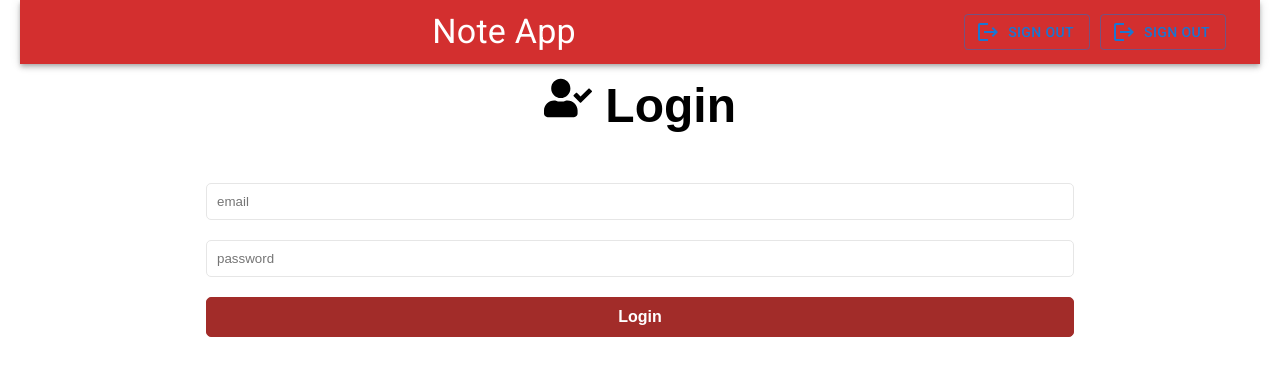
Repository: halilhaninan/MERNSTACK-Note-App
Page: / (app in frontend/)
An editor plug-in stored every save of this project. The page is shown before and after a run of saves, followed by the edit.
The browser window is 1280 px wide. The pictures show the whole page.
The project was rebuilt for these pictures with package versions that can differ from the ones it lists, and the page was loaded fresh each time. Also part of the build but not shown: frontend/src/Components/Spinner.jsx, frontend/src/Components/Not.jsx, frontend/src/pages/Register.jsx, frontend/src/features/counter/counterSlice.js, frontend/src/features/counter/counter.js, frontend/src/App.css.

Above is the page before, as saved 2022-09-03 11:06:49.

### frontend/src/index.js
import React from "react";
import ReactDOM from "react-dom";
import "./index.css";
import App from "./App";

import { store } from "./app/store";
import { Provider } from "react-redux";

// import { createStore } from "redux";
// import { Provider } from "react-redux";
// import butunRreducerler from "./reducers";

// const hesapla = (state = 0, action) => {
//   switch (action.type) {
//     case "topla":
//       return state + 1;
//     case "cikar":
//       return state - 1;
//     default:
//       return state;
//   }
// };

// let store = createStore(
//   butunRreducerler,
//   window.__REDUX_DEVTOOLS_EXTENSION__ && window.__REDUX_DEVTOOLS_EXTENSION__()
// );

// store.subscribe(() => console.log(store.getState()));
//const root = ReactDOM.createRoot(document.getElementById("root"));
ReactDOM.render(
  <Provider store={store}>
    <App />
  </Provider>,
  document.getElementById("root")
);

// If you want to start measuring performance in your app, pass a function
// to log results (for example: reportWebVitals(console.log))
// or send to an analytics endpoint. Learn more: https://bit.ly/CRA-vitals

### frontend/src/index.css
@import url("https://fonts.googleapis.com/css2?family=Lobster&display=swap");

* {
  margin: 0;
  padding: 0;
  box-sizing: border-box;
}

body {
  font-family: Arial, Helvetica, sans-serif;
  height: 100vh;
  font-size: larger;
}

a {
  text-decoration: none;
  color: #000;
}

p {
  line-height: 1.7;
}

ul {
  list-style: none;
}

li {
  line-height: 2.2;
}

h1,
h2,
h3 {
  font-weight: 600;
  margin-bottom: 10px;
}

.container {
  width: 100%;
  max-width: 1500px;
  margin: 0 auto;
  padding: 0 20px;
  text-align: center;
}

.header {
  display: flex;
  justify-content: space-between;
  align-items: center;
  padding: 20px 0;
  border-bottom: 1px solid #e6e6e6;
  margin-bottom: 60px;
}

.header ul {
  display: flex;
  align-items: center;
  justify-content: space-between;
}

.header ul li {
  margin-left: 20px;
}

.header ul li a {
  display: flex;
  align-items: center;
  color: #a22c29;
}

.header ul li a:hover {
  color: #f27059;
}

.header ul li a svg {
  margin-right: 5px;
}

.heading {
  font-size: 2rem;
  font-weight: 700;
  margin-bottom: 50px;
  padding: 0 20px;
}

.heading p {
  color: #828282;
}

.notlar {
  display: grid;
  grid-template-columns: repeat(3, 1fr);
  gap: 10px;
}

.not {
  background-color: #f4f4f4;
  margin: 10px 0;
  padding: 20px 0 10px;
  position: relative;
}

.not .close {
  position: absolute;
  top: 10px;
  right: 15px;
  cursor: pointer;
  border: none;
  background: none;
}

.form,
.content {
  width: 70%;
  margin: 0 auto;
}

.form-group {
  margin-bottom: 10px;
}

.form-group input,
.form-group textarea,
.form-group select {
  width: 100%;
  padding: 10px;
  border: 1px solid #e6e6e6;
  border-radius: 5px;
  margin-bottom: 10px;
  font-family: inherit;
}

.form-group label {
  text-align: left;
  display: block;
  margin: 0 0 5px 3px;
}

.btn {
  padding: 10px 20px;
  border: 1px solid #a22c29;
  border-radius: 5px;
  background: #a22c29;
  color: #fff;
  font-size: 16px;
  font-weight: 700;
  cursor: pointer;
  text-align: center;
  appearance: button;
  display: flex;
  align-items: center;
  justify-content: center;
}

.btn svg {
  margin-right: 8px;
}

.btn-reverse {
  background: #fff;
  color: #000;
}

.btn-block {
  width: 100%;
  margin-bottom: 20px;
}

.btn-add {
  background: #34a0a4 !important;
  border: 1px solid #34a0a4;
}

.btn:hover {
  transform: scale(0.98);
}

.loadingSpinnerContainer {
  position: fixed;
  top: 0;
  right: 0;
  bottom: 0;
  left: 0;
  background-color: rgba(0, 0, 0, 0.5);
  z-index: 5000;
  display: flex;
  justify-content: center;
  align-items: center;
}

.loadingSpinner {
  width: 64px;
  height: 64px;
  border: 8px solid;
  border-color: #000 transparent #555 transparent;
  border-radius: 50%;
  animation: spin 1.2s linear infinite;
}

@keyframes spin {
  0% {
    transform: rotate(0deg);
  }
  100% {
    transform: rotate(360deg);
  }
}

@media (max-width: 960px) {
  .notlar {
    grid-template-columns: repeat(2, 1fr);
  }
}

@media (max-width: 600px) {
  .form {
    width: 90%;
  }

  .heading h1 {
    font-size: 2rem;
  }

  .heading p {
    font-size: 1.5rem;
  }

  .notlar {
    grid-template-columns: repeat(1, 1fr);
  }
}

### frontend/src/App.js
import { BrowserRouter as Router, Routes, Route } from "react-router-dom";
import Header from "./Components/Header";
import Dashboard from "./pages/Dashboard";
import Login from "./pages/Login";
import Register from "./pages/Register";

// import { useSelector, useDispatch } from "react-redux";
// import { girisYap, topla, cikar } from "./actions";

import { ToastContainer } from "react-toastify";
import "react-toastify/dist/ReactToastify.css";
import Counter from "./features/counter/counter";
import "./App.css";

function App() {
  // return (
  //   <div>
  //     <Counter />
  //   </div>
  // );
  return (
    <>
      <Router>
        <div className="container">
          <Header></Header>
          <Routes>
            <Route path="/" element={<Dashboard />} />
            <Route path="/register" element={<Register />} />
            <Route path="/login" element={<Login />} />
          </Routes>
        </div>
      </Router>
      <ToastContainer />
    </>
  );
  //
  //
  //
  // const giris = useSelector((state) => state.giris);
  // const hesapla = useSelector((state) => state.hesapla);
  // const dispatch = useDispatch();
  // return (
  //   <div className="app">
  //     {giris ? (
  //       <>
  //         {hesapla}
  //         <button onClick={() => dispatch(topla())}>+</button>
  //         <button onClick={() => dispatch(cikar())}>-</button>
  //       </>
  //     ) : (
  //       <>
  //         <h3>please sign in</h3>
  //         <button onClick={() => dispatch(girisYap())}>sign in</button>
  //       </>
  //     )}
  //   </div>
  // );
}

export default App;

### frontend/src/app/store.js
import { configureStore } from "@reduxjs/toolkit";

import authReducer from "../features/auth/authSlice";
import notReducer from "../features/data/dataSlice";

export const store = configureStore({
  reducer: {
    auth: authReducer,
    notlar: notReducer,
  },
});

// yeni not olustururken altta olan kod gibi dataslice olustur sonra store.js den import et reducer ile tanimla ++ data service olusturuluyor

// import { createSlice, createAsyncThunk } from "@reduxjs/toolkit";

// const initialState = {
//   notlar: [],
//   isHata: false,
//   isBasari: false,
//   isYkleniyor: false,
//   mesaj: "",
// };

// export const notSlice = createSlice({
//   name: "notlar",
//   initialState,
//   reducers: {
//     reset: (state) => initialState,
//   },
// });

// export const { reset }  = notSlice.actions;
// export default notSlice.reducer;

### frontend/src/Components/Header.jsx
import React from "react";
import { FaSignInAlt, FaSignOutAlt, FaUser, FaPen } from "react-icons/fa";
import { Link, useNavigate } from "react-router-dom";
import { useSelector, useDispatch } from "react-redux";
import { logout, reset } from "../features/auth/authSlice";
import AppBar from "@mui/material/AppBar";
import { Toolbar, Typography, Button } from "@mui/material";
import { Login, Face, Home, Logout } from "@mui/icons-material";

function Header() {
  const navigate = useNavigate();
  const dispatch = useDispatch();

  const { kullanici } = useSelector((state) => state.auth);

  const onLogout = () => {
    dispatch(logout());
    dispatch(reset());
    navigate("/login");
  };

  return (
    <AppBar position="static" color="error" sx={{ marginBottom: "10px" }}>
      <Toolbar>
        <Typography variant="h4" component="div" sx={{ flexGrow: 1 }}>
          Note App
        </Typography>
        {kullanici ? (
          <>
            <Button
              sx={{ marginRight: "10px" }}
              colors="inherit"
              size="large"
              startIcon={<Home />}
              onClick={anasayfayaGit}>
              Home Page
            </Button>
            <Button
              variant="outlined"
              sx={{ marginRight: "10px" }}
              colors="inherit"
              size="size"
              startIcon={<Logout />}
              onClick={onLogout}>
              Sign out
            </Button>
          </>
        ) : (
          <>
            <Button
              variant="outlined"
              sx={{ marginRight: "10px" }}
              colors="inherit"
              size="size"
              startIcon={<Logout />}
              onClick={onLogout}>
              Sign out
            </Button>
            <Button
              variant="outlined"
              sx={{ marginRight: "10px" }}
              colors="inherit"
              size="size"
              startIcon={<Logout />}
              onClick={onLogout}>
              Sign out
            </Button>
          </>
        )}
      </Toolbar>
    </AppBar>
  );

  // return (
  //   <header className="header">
  //     <h2>mongo db test app </h2>
  //     <div className="logo"></div>
  //     <ul>
  //       {kullanici ? (
  //         <>
  //           <li>
  //             <Link to="/">
  //               <FaPen /> Create Note
  //             </Link>
  //           </li>
  //           <li>
  //             <button className="btn" onClick={onLogout}>
  //               Logout{" "}
  //             </button>
  //           </li>
  //         </>
  //       ) : (
  //         <>
  //           <li>
  //             <Link to="/login">
  //               <FaSignInAlt /> Login
  //             </Link>
  //           </li>
  //           <li>
  //             <Link to="/register">
  //               <FaUser /> Register
  //             </Link>
  //           </li>
  //         </>
  //       )}
  //     </ul>
  //   </header>
  // );
}

export default Header;

### frontend/src/pages/Dashboard.jsx
import React, { useEffect } from "react";

import { useNavigate } from "react-router-dom";
import { useSelector, useDispatch } from "react-redux";
import NotForm from "../Components/NotForm";
import { notlarGetir, reset } from "../features/data/dataSlice";
import Spinner from "../Components/Spinner";
import Not from "../Components/Not";

function Dashboard() {
  const navigate = useNavigate();
  const dispatch = useDispatch();
  const { kullanici } = useSelector((state) => state.auth);
  const { notlar, isYukleniyor, isHata, isBasari, mesaj } = useSelector(
    (state) => state.notlar
  );

  useEffect(() => {
    if (isHata) {
      console.log(mesaj);
    }

    if (!kullanici) {
      navigate("/login");
      console.log("halilhan");
    }
    dispatch(notlarGetir());
    return () => {
      dispatch(reset());
    };
  }, [kullanici, navigate, isHata, mesaj, dispatch]);

  if (isYukleniyor) {
    <Spinner />;
  }

  return (
    <>
      <section className="heading">
        <h1>Merhaba {kullanici && kullanici.kullaniciAd}</h1>
        <p>add note</p>
      </section>
      <NotForm />
      <section className="content">
        {notlar.length > 0 ? (
          <div className="notlar">
            {notlar.map((not) => (
              <Not key={not._id} not={not} />
            ))}
          </div>
        ) : (
          <h3>henuz not yerletisrmediniz</h3>
        )}
      </section>
    </>
  );
}

export default Dashboard;

### frontend/src/pages/Login.jsx
import React, { useState, useEffect } from "react";

import { FaUserCheck } from "react-icons/fa";
import { useSelector, useDispatch } from "react-redux";
import { useNavigate } from "react-router-dom";
import { toast } from "react-toastify";
import { login, reset } from "../features/auth/authSlice";
import Spinner from "../Components/Spinner";

function Login() {
  const navigate = useNavigate();
  const dispatch = useDispatch();

  const { kullanici, isHata, isBasari, isYukleniyor, mesaj } = useSelector(
    (state) => state.auth
  );

  const [formData, setFormData] = useState({
    email: "",
    parola: "",
  });

  const { email, parola } = formData;

  const onChange = (e) => {
    setFormData((prev) => ({
      ...prev,
      [e.target.name]: e.target.value,
    }));
  };

  const onSubmit = (e) => {
    e.preventDefault();
    // console.log(formData);

    const userData = { email, parola };
    dispatch(login(userData));
  };

  useEffect(() => {
    if (isHata) {
      toast.error(mesaj);
    }
    if (isBasari || kullanici) {
      navigate("/");
    }
  }, [kullanici, isHata, isBasari, mesaj, navigate, dispatch, isYukleniyor]);

  if (isYukleniyor) {
    <Spinner />;
  }

  return (
    <>
      <section className="heading">
        <h1>
          <FaUserCheck /> Login
        </h1>
      </section>
      <section className="form">
        <form onSubmit={onSubmit}>
          <div className="form-group">
            <input
              type="email"
              classname="form-control"
              id="email"
              name="email"
              value={email}
              placeholder="email"
              onChange={onChange}></input>
          </div>
          <div className="form-group">
            <input
              type="password"
              classname="form-control"
              id="parola"
              name="parola"
              value={parola}
              placeholder="password"
              onChange={onChange}></input>
          </div>

          <div className="form-group">
            <button type="submit" className="btn btn-block">
              Login
            </button>
          </div>
        </form>
      </section>
    </>
  );
}

export default Login;

### frontend/src/features/auth/authSlice.js
import { createAsyncThunk, createSlice } from "@reduxjs/toolkit";
import authService from "./authService";

const kullanici = JSON.parse(localStorage.getItem("kullanici"));

const initialState = {
  kullanici: kullanici ? kullanici : null,
  isHata: false,
  isBasari: false,
  isYukleniyor: false,
  mesaj: "",
};

export const register = createAsyncThunk(
  "auth/register",
  async (user, thunkAPI) => {
    try {
      return await authService.register(user);
    } catch (error) {
      const mesaj =
        (error.response &&
          error.response.data &&
          error.response.data.message) ||
        error.message ||
        error.toString();

      return thunkAPI.rejectWithValue(mesaj);
    }
  }
);

export const authSlice = createSlice({
  name: "auth",
  initialState,
  reducers: {
    reset: (state) => {
      state.isHata = false;
      state.isBasari = false;
      state.isYukleniyor = false;
      state.mesaj = "";
    },
  },
  extraReducers: (builder) => {
    builder
      .addCase(register.pending, (state) => {
        state.isYukleniyor = true;
      })
      .addCase(register.fulfilled, (state, action) => {
        state.isYukleniyor = false;
        state.isBasari = true;
        state.kullanici = action.payload;
      })
      .addCase(register.rejected, (state, action) => {
        state.isYukleniyor = false;
        state.isHata = true;
        state.mesaj = action.payload;
        state.kullanici = null;
      }) //
      .addCase(login.pending, (state) => {
        state.isYukleniyor = true;
      })
      .addCase(login.fulfilled, (state, action) => {
        state.isYukleniyor = false;
        state.isBasari = true;
        state.kullanici = action.payload;
      })
      .addCase(login.rejected, (state, action) => {
        state.isYukleniyor = false;
        state.isHata = true;
        state.mesaj = action.payload;
        state.kullanici = null;
      })
      .addCase(logout.fulfilled, (state) => {
        state.kullanici = null;
      });
  },
});

export const logout = createAsyncThunk("auth/logout", async () => {
  await authService.logout();
});

export const login = createAsyncThunk("auth/login", async (user, thunkAPI) => {
  try {
    return await authService.login(user);
  } catch (error) {
    const mesaj =
      (error.response && error.response.data && error.response.data.message) ||
      error.message ||
      error.toString();

    return thunkAPI.rejectWithValue(mesaj);
  }
});

export const { reset } = authSlice.actions;
export default authSlice.reducer;

### frontend/src/features/data/dataSlice.js
import { createSlice, createAsyncThunk } from "@reduxjs/toolkit";
import thunk from "redux-thunk";
import dataService from "./dataService";

const initialState = {
  notlar: [],
  isHata: false,
  isBasari: false,
  isYukleniyor: false,
  mesaj: "",
};

export const notSlice = createSlice({
  name: "notlar",
  initialState,
  reducers: {
    reset: (state) => initialState,
  },
  extraReducers: (builder) => {
    builder
      .addCase(notOlustur.pending, (state) => {
        state.isYukleniyor = true;
      })
      .addCase(notOlustur.fulfilled, (state, action) => {
        state.isYukleniyor = false;
        state.isBasari = true;
        state.notlar.unshift(action.payload);
      })
      .addCase(notOlustur.rejected, (state, action) => {
        state.isYukleniyor = false;
        state.isHata = true;
        state.isBasari = false;
        state.mesaj = action.payload;
      })
      .addCase(notlarGetir.pending, (state) => {
        state.isYukleniyor = true;
      })
      .addCase(notlarGetir.fulfilled, (state, action) => {
        state.isYukleniyor = false;
        state.isBasari = true;
        state.notlar = action.payload;
      })
      .addCase(notlarGetir.rejected, (state, action) => {
        state.isYukleniyor = false;
        state.isBasari = false;
        state.isHata = true;
        state.mesaj = action.payload;
      })
      .addCase(notSil.pending, (state) => {
        state.isYukleniyor = true;
      })
      .addCase(notSil.fulfilled, (state, action) => {
        state.isYukleniyor = false;
        state.isBasari = true;
        state.notlar = state.notlar.filter(
          (not) => not._id !== action.payload.id
        );
      })
      .addCase(notSil.rejected, (state, action) => {
        state.isYukleniyor = false;
        state.isBasari = false;
        state.isHata = true;
        state.mesaj = action.payload;
      });
  },
});

export const notOlustur = createAsyncThunk(
  "notlar/create",
  async (notData, thunkAPI) => {
    try {
      const token = thunkAPI.getState().auth.kullanici.token;
      return await dataService.notOlustur(notData, token);
    } catch (error) {
      const mesaj =
        (error.response &&
          error.response.data &&
          error.response.data.message) ||
        error.message ||
        error.toString();

      return thunkAPI.rejectWithValue(mesaj);
    }
  }
);

export const notlarGetir = createAsyncThunk(
  "notlar/getAll",
  async (_, thunkAPI) => {
    try {
      const token = thunkAPI.getState().auth.kullanici.token;
      return await dataService.notlarGetir(token);
    } catch (error) {
      const mesaj =
        (error.response &&
          error.response.data &&
          error.response.data.message) ||
        error.message ||
        error.toString();

      return thunkAPI.rejectWithValue(mesaj);
    }
  }
);

export const notSil = createAsyncThunk(
  "notlar/delete",
  async (id, thunkAPI) => {
    try {
      const token = thunkAPI.getState().auth.kullanici.token;
      return await dataService.notSil(id, token);
    } catch (error) {
      const mesaj =
        (error.response &&
          error.response.data &&
          error.response.data.message) ||
        error.message ||
        error.toString();

      return thunkAPI.rejectWithValue(mesaj);
    }
  }
);

export const { reset } = notSlice.actions;
export default notSlice.reducer;

### frontend/src/Components/NotForm.jsx
import React, { useState } from "react";
import { useDispatch } from "react-redux";
import { notOlustur } from "../features/data/dataSlice";

function NotForm() {
  const [baslik, setBaslik] = useState("");
  const [aciklama, setAciklama] = useState("");
  const [oncelik, setOncelik] = useState("");

  const dispatch = useDispatch();

  const onSubmit = (e) => {
    e.preventDefault();
    // console.log(baslik, aciklama, oncelik);
    dispatch(notOlustur({ baslik, aciklama, oncelik }));
    setBaslik("");
    setAciklama("");
    setOncelik(1);
  };

  return (
    <section className="form">
      <form onSubmit={onSubmit}>
        <div className="form-group">
          <label htmlFor="baslik">Not baslik</label>
          <input
            type="text"
            id="baslik"
            name="baslik"
            value={baslik}
            onChange={(e) => setBaslik(e.target.value)}
          />
        </div>
        <div className="form-group">
          <label htmlFor="aciklama">Not aciklama</label>
          <input
            type="text"
            id="aciklama"
            name="aciklama"
            value={aciklama}
            onChange={(e) => setAciklama(e.target.value)}
          />
        </div>
        <div className="form-group">
          <label htmlFor="oncelik">Not oncelik</label>
          <select onChange={(e) => setOncelik(e.target.value)} value={oncelik}>
            <option value="1">Az oncelikli</option>
            <option value="2">oncelikli</option>
            <option value="3">Cok oncelikli</option>
          </select>
        </div>
        <div className="form-group">
          <button type="submit" className="btn btn-block btn-add">
            Not ekle
          </button>
        </div>
      </form>
    </section>
  );
}

export default NotForm;

### frontend/src/features/auth/authService.js
import axios from "axios";

const API_URL = "/api/kullanicilar/";

const register = async (kullaniciData) => {
  const response = await axios.post(API_URL, kullaniciData);

  if (response.data) {
    localStorage.setItem("kullanici", JSON.stringify(response.data));
  }

  return response.data;
};

const logout = () => {
  localStorage.removeItem("kullanici");
};

const login = async (kullaniciData) => {
  const response = await axios.post(API_URL + "login", kullaniciData);
  if (response.data) {
    localStorage.setItem("kullanici", JSON.stringify(response.data));
  }

  return response.data;
};

const authService = {
  register,
  logout,
  login,
};

export default authService;

### frontend/src/features/data/dataService.js
import axios from "axios";

const API_URL = "/api/notlar/";

const notOlustur = async (notData, token) => {
  const config = {
    headers: {
      Authorization: `Bearer ${token}`,
    },
  };
  const response = await axios.post(API_URL, notData, config);

  return response.data;
};

const notlarGetir = async (token) => {
  const config = {
    headers: {
      Authorization: `Bearer ${token}`,
    },
  };
  const response = await axios.get(API_URL, config);
  return response.data;
};

const notSil = async (notId, token) => {
  const config = {
    headers: {
      Authorization: `Bearer ${token}`,
    },
  };

  const response = await axios.delete(API_URL + notId, config);

  return response.data;
};

const dataService = {
  notOlustur,
  notlarGetir,
  notSil,
};

export default dataService;

Loaded but not shown: frontend/public/index.html (common file)

After the next 3 saves:
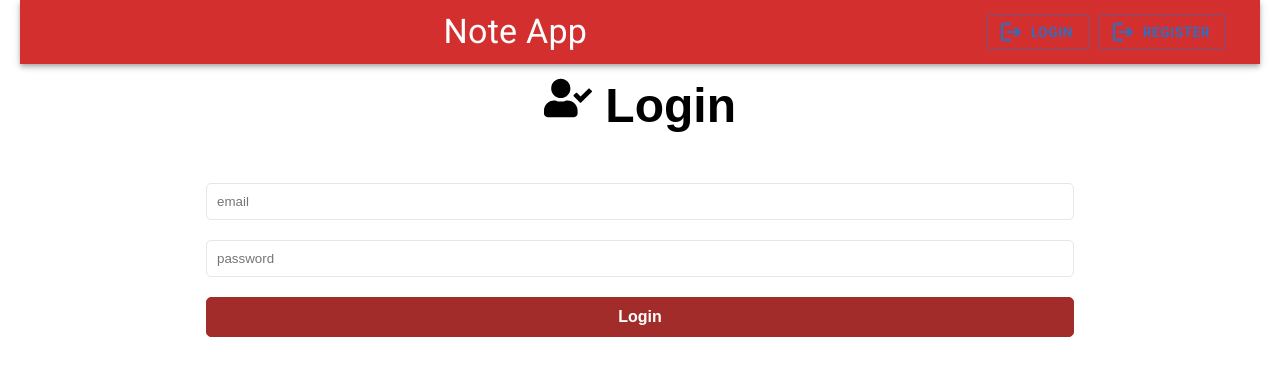
The 3 saves are shown as one change because they came seconds apart.
The last was saved 11 s later.
--- a/frontend/src/Components/Header.jsx
+++ b/frontend/src/Components/Header.jsx
@@ -54,7 +54,7 @@ function Header() {
               size="size"
               startIcon={<Logout />}
               onClick={onLogout}>
-              Sign out
+              Login
             </Button>
             <Button
               variant="outlined"
@@ -63,7 +63,7 @@ function Header() {
               size="size"
               startIcon={<Logout />}
               onClick={onLogout}>
-              Sign out
+              Register
             </Button>
           </>
         )}
